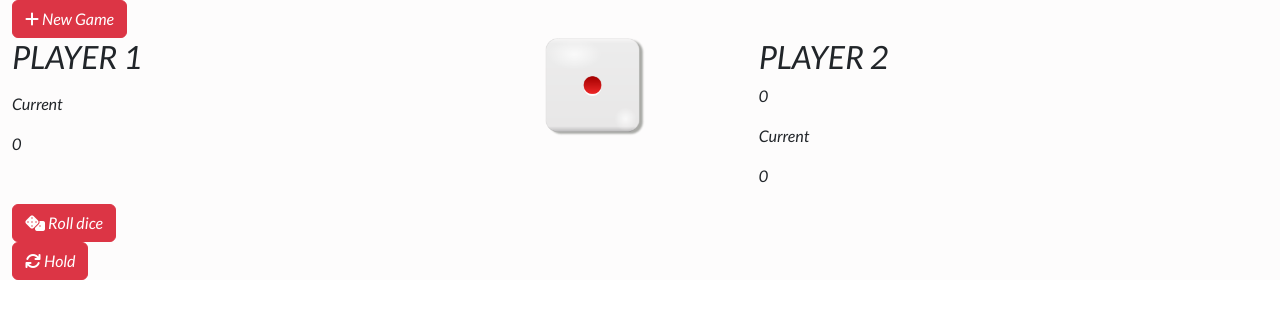
Repository: haifabilel/Eval_JAVASCRIPT
Page: index.html
The author's editor kept a copy of each file at every save. The page is drawn from the files as they stood at one save, then again after the next save.
The browser window is 1280 px wide. The pictures show the whole page.
Some web libraries are served in a nearby version.

Above is the page before, as saved 2023-06-02 17:54:52.

### index.html
<!DOCTYPE html>
<html lang="fr">
<head>
    <meta charset="UTF-8">
    <meta http-equiv="X-UA-Compatible" content="IE=edge">
    <meta name="viewport" content="width=device-width, initial-scale=1.0">
    <title>GameEval</title>
    <!-- Bootstrap -->
    <link href="https://cdn.jsdelivr.net/npm/bootstrap@5.3.0-alpha3/dist/css/bootstrap.min.css" rel="stylesheet" integrity="sha384-KK94CHFLLe+nY2dmCWGMq91rCGa5gtU4mk92HdvYe+M/SXH301p5ILy+dN9+nJOZ" crossorigin="anonymous">
    <!-- Bootstrap icons CSS -->
    <link rel="stylesheet" href="https://cdn.jsdelivr.net/npm/bootstrap-icons@1.6.1/font/bootstrap-icons.css">
    <!-- font awesome cdn link-->
    <link rel="stylesheet" href="https://cdnjs.cloudflare.com/ajax/libs/font-awesome/6.3.0/css/all.min.css" integrity="sha512-SzlrxWUlpfuzQ+pcUCosxcglQRNAq/DZjVsC0lE40xsADsfeQoEypE+enwcOiGjk/bSuGGKHEyjSoQ1zVisanQ==" crossorigin="anonymous" referrerpolicy="no-referrer">
    <!-- CSS Link -->
    <link rel="stylesheet" href="style.css">
</head>
<body>
    <div class="container-fluid" >
     <header>
         <button class="btn btn_newGame btn-danger"><i class="fa-solid fa-plus"></i> New Game</button>
    </header>
    <main>
        <div class="row">
            <!-- Player One  -->
            <div class="col-sm-5 mx-auto">
                <section class="player player_0 player_active">
                    <h2 class="label" id="label_0">PLAYER 1</h2>
                    <p class="score" id="score_0" ></p>
                    <div class="current">
                        <p class="current_label">Current</p>
                        <p class="current_score" id="current_0">0</p>
                    </div>
                </section>
            </div>
            <!-- Dice image -->
            <div class="col-sm-2 mx-auto">
                <img src="/asset//dice1.png" alt="imageDice" class="dice" style="width: 100px;">
            </div>
             <!-- Player Tow  -->
             <div class="col-sm-5 mx-auto">
                <section class="player player_1">
                    <h2 class="label" id="label_1">PLAYER 2</h2>
                    <p class="score" id="score_1">0</p>
                    <div class="current">
                        <p class="current_label">Current</p>
                        <p class="current_score" id="current_1">0</p>
                    </div>
                </section>
             </div>
        </div>
    </main>
    <!-- Button RollDice -->
    <div class="button_roll">
        <button class="btn btn_hold btn-danger"><i class="fa-solid fa-dice"></i> Roll dice</button>
    </div>
    <div class="button_hold">
        <button class="btn btn_hold btn-danger"><i class="fa-solid fa-arrows-rotate"></i> Hold</button>
    </div>
    </div>


    <script src="https://code.jquery.com/jquery-3.5.1.slim.min.js" integrity="sha384-DfXdz2htPH0lsSSs5nCTpuj/zy4C+OGpamoFVy38MVBnE+IbbVYUew+OrCXaRkfj" crossorigin="anonymous"></script>
    <script src="https://cdn.jsdelivr.net/npm/popper.js@1.16.0/dist/umd/popper.min.js" integrity="sha384-Q6E9RHvbIyZFJoft+2mJbHaEWldlvI9IOYy5n3zV9zzTtmI3UksdQRVvoxMfooAo" crossorigin="anonymous"></script>
    <script src="https://cdn.jsdelivr.net/npm/bootstrap@5.3.0-alpha3/dist/js/bootstrap.bundle.min.js" integrity="sha384-ENjdO4Dr2bkBIFxQpeoTz1HIcje39Wm4jDKdf19U8gI4ddQ3GYNS7NTKfAdVQSZe" crossorigin="anonymous"></script>
    <script src="script.js"></script>
</body>
</html>

### style.css
@import url('https://fonts.googleapis.com/css2?family=Lato:ital,wght@1,300;1,400;1,700&display=swap');
*{
    font-family: Lato;
}
.container-fluid{
    box-shadow:0.5rem 1 rem rgba(0,0,0,.5);
    background-color: #fdfcfc;
    width:90
}

Loaded but not shown: script.js (no copy from this time; the picture is the same without it)

After the next save:
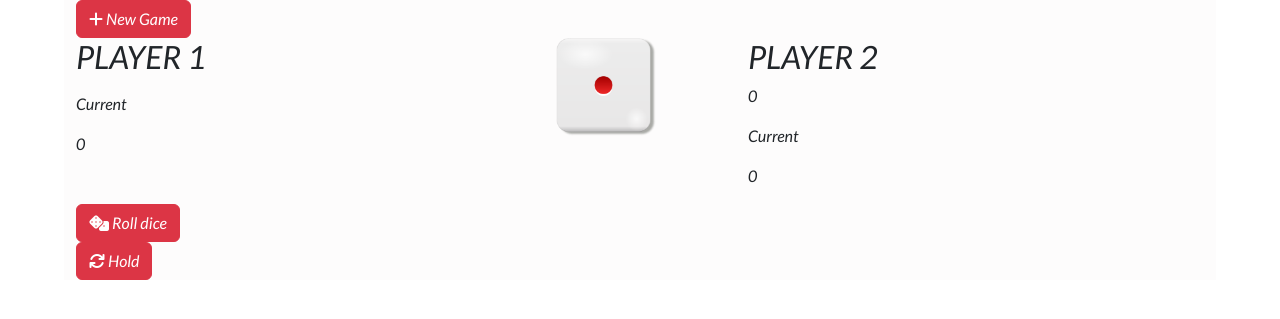
Saved 5 s later.
--- a/style.css
+++ b/style.css
@@ -5,5 +5,6 @@
 .container-fluid{
     box-shadow:0.5rem 1 rem rgba(0,0,0,.5);
     background-color: #fdfcfc;
-    width:90
+    width:90%;
+
 }
